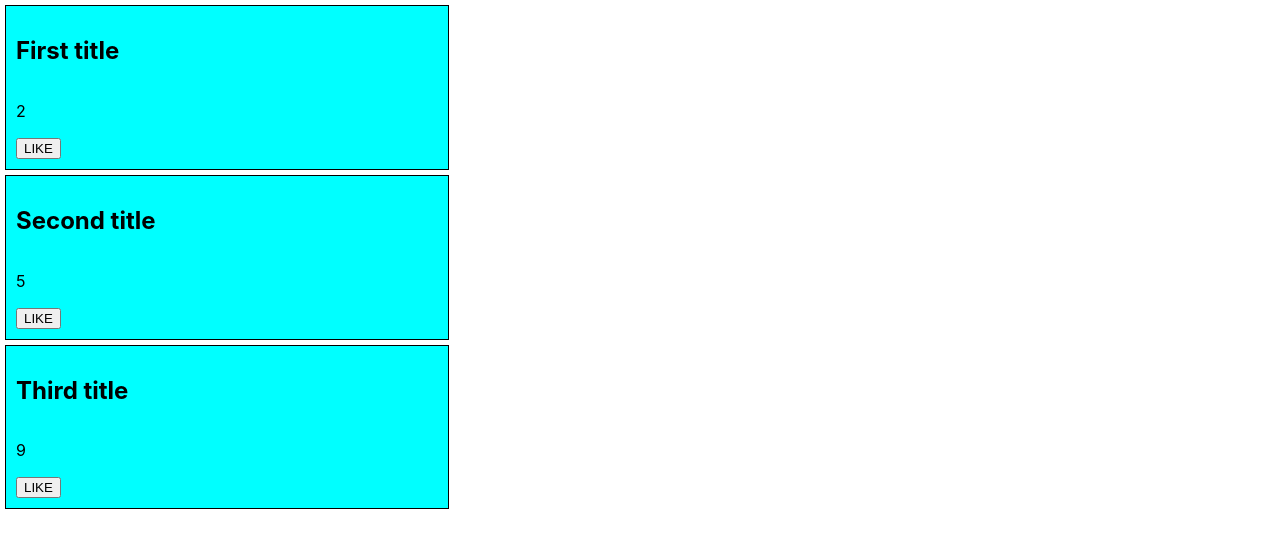
Repository: asapvtec98/egzamin
Page: /
An editor plug-in stored every save of this project. The page is shown before and after a run of saves, followed by the edit.
The browser window is 1280 px wide. The pictures show the whole page.
The project was rebuilt for these pictures with package versions that can differ from the ones it lists, and the page was loaded fresh each time.

Above is the page before, as saved 2023-11-14 09:57:54.

After the next 2 saves:
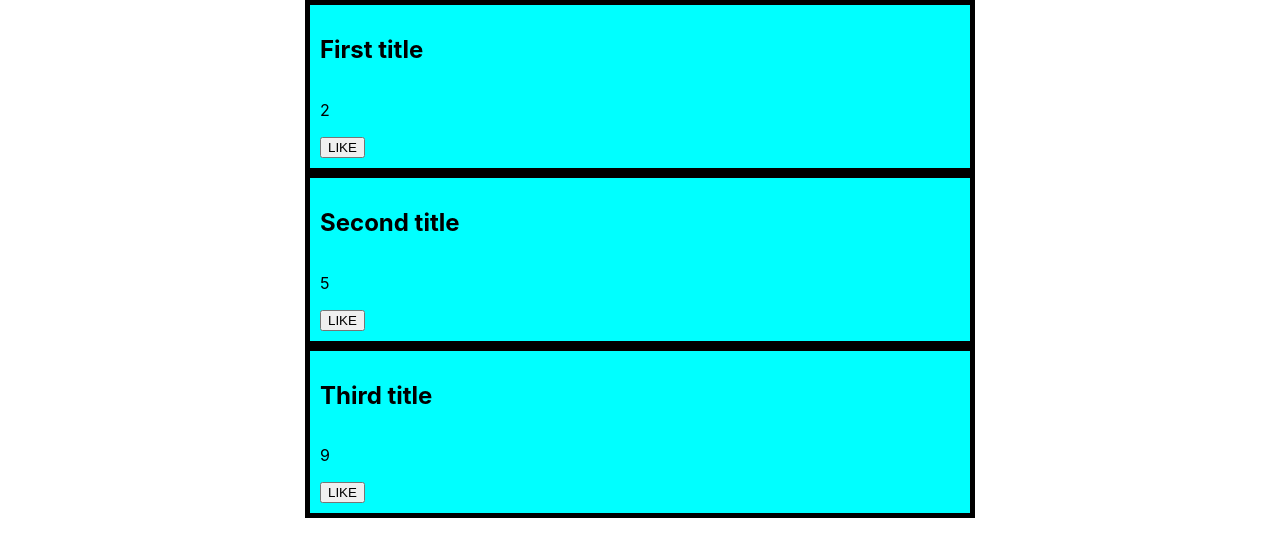
The 2 saves are shown as one change because they came seconds apart.
The last was saved 2 h 28 min later.
--- a/src/components/Comment.css
+++ b/src/components/Comment.css
@@ -1,9 +1,10 @@
 .comment {
     border: 1px solid black;
     background-color:aqua;
-    width: 33%;
-    padding: 10px;
-    margin: 5px;
+        border: 5px solid;
+        margin: auto;
+        width: 50%;
+        padding: 10px;
 
 }
 
